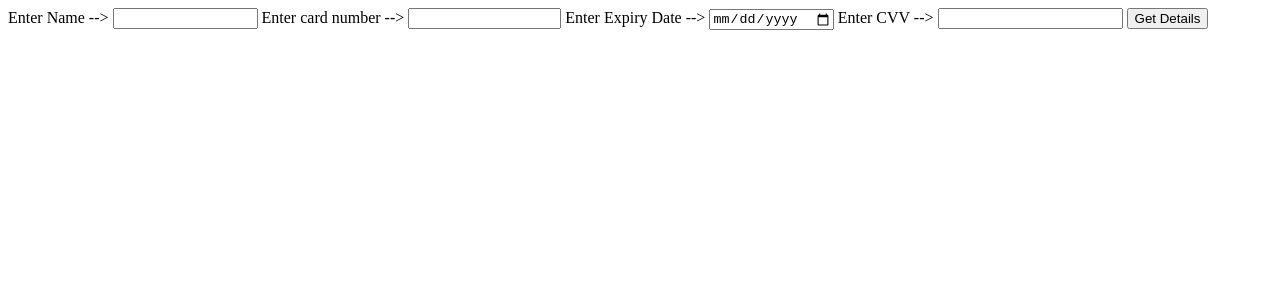
Repository: Amrinshaik/Day10
Page: CreditCardDetails/WebContent/creditCard.html
These files come from the project's save history. The page is drawn as it stood at one moment and after the next save; the edit follows.
The browser window is 1280 px wide. The pictures show the whole page.

Above is the page before, as saved 2018-09-06 07:27:56.

### CreditCardDetails/WebContent/creditCard.html
<!DOCTYPE html>
<html>
<head>
<meta charset="ISO-8859-1">
<title>Credit Card Details</title>
</head>
<body>
<form action="displaydetails"  method="post">

<label>Enter Name</label> -->
<input type="text" name="EmployeeName" size=15/>

<label>Enter card number</label> -->
<input type="text" name="Card Number" size=16/>

<label>Enter Expiry Date</label> -->
<input type="date" name="Expiry Date" size=10/>

<label>Enter CVV</label> -->
<input type="number" name="CVV" size=10/>

<input type="submit" value="Get Details"/>
</form>
</body>
</html>

After the next save:
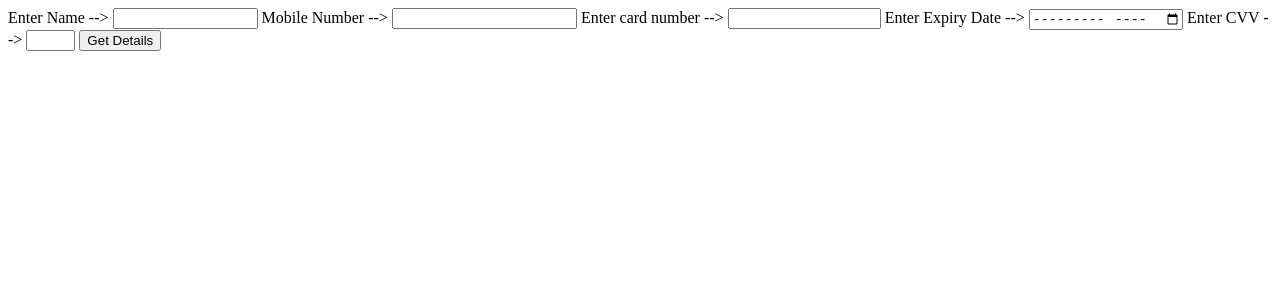
Saved 90 min 24 s later.
--- a/CreditCardDetails/WebContent/creditCard.html
+++ b/CreditCardDetails/WebContent/creditCard.html
@@ -10,14 +10,17 @@
 <label>Enter Name</label> -->
 <input type="text" name="EmployeeName" size=15/>
 
+<label>Mobile Number</label> -->
+<input type="text" pattern="[7-9]{1}[0-9]{9}" name="MobileNumber">
+
 <label>Enter card number</label> -->
 <input type="text" name="Card Number" size=16/>
 
 <label>Enter Expiry Date</label> -->
-<input type="date" name="Expiry Date" size=10/>
+<input type="month" name="Expiry Date" size=10/>
 
 <label>Enter CVV</label> -->
-<input type="number" name="CVV" size=10/>
+<input type="password" name="CVV" size=3/>
 
 <input type="submit" value="Get Details"/>
 </form>
